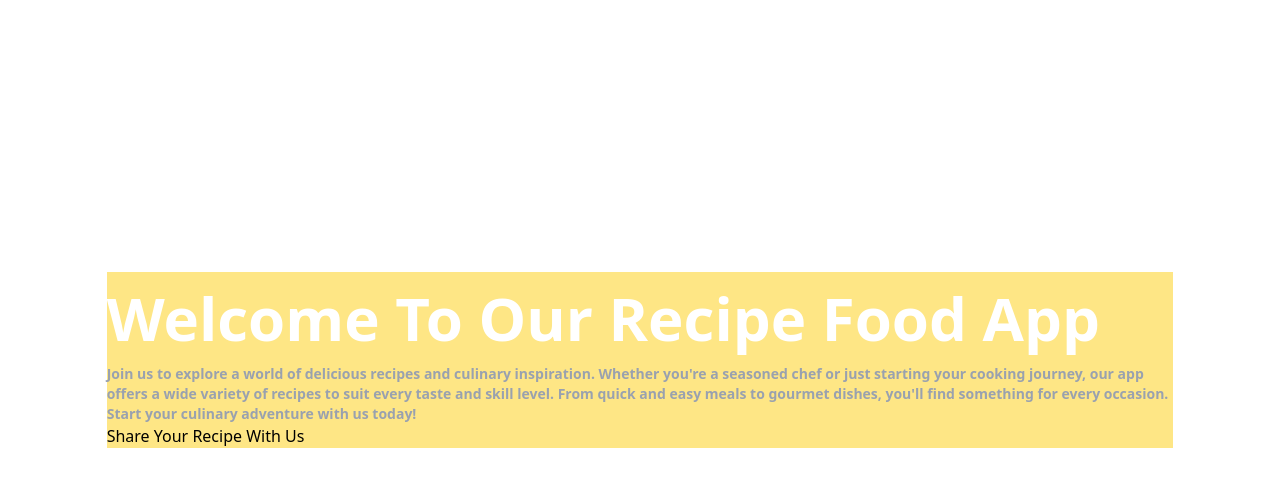
Repository: Eslam0Mohamed/mern-recipe-app
Page: / (app in FrontEnd/)
An editor plug-in stored every save of this project. The page is shown before and after a run of saves, followed by the edit.
The browser window is 1280 px wide. The pictures show the whole page.
The project was rebuilt for these pictures with package versions that can differ from the ones it lists, and the page was loaded fresh each time. Also part of the build but not shown: FrontEnd/vite.config.js.

Above is the page before, as saved 2026-05-07 18:03:13.

After the next 5 saves:
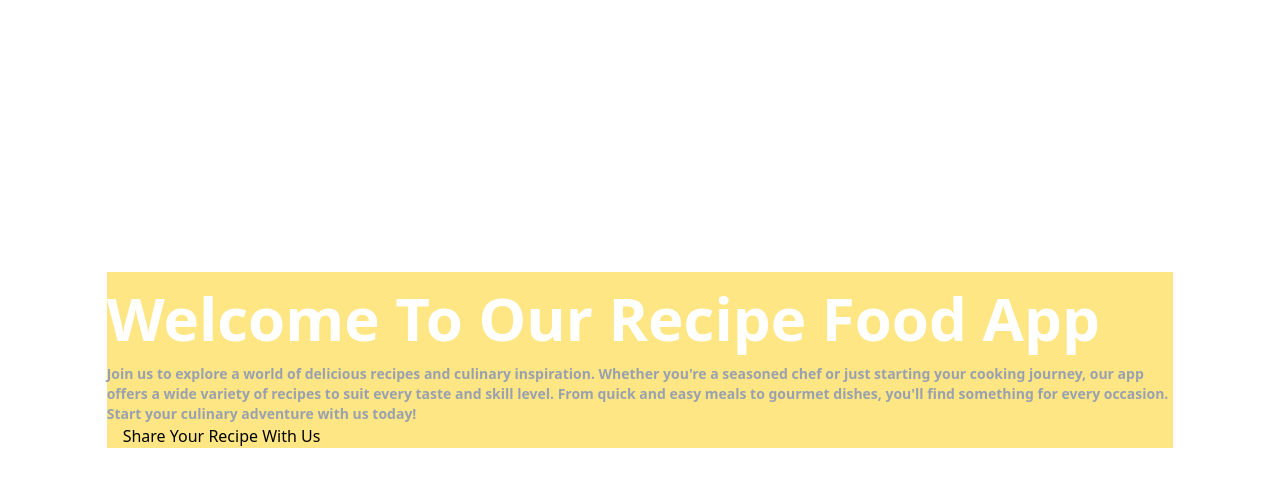
The 5 saves are shown as one change because they came seconds apart.
The last was saved 19 s later.
--- a/FrontEnd/src/pages/Home.jsx
+++ b/FrontEnd/src/pages/Home.jsx
@@ -6,7 +6,7 @@ function Home() {
       <div className='left container bg-amber-200' >
         <h1 className='text-white text-6xl font-semibold my-4'>Welcome To Our Recipe Food App</h1>
         <p className='text-md text-gray-400 font-semibold text-sm'> Join us to explore a world of delicious recipes and culinary inspiration. Whether you're a seasoned chef or just starting your cooking journey, our app offers a wide variety of recipes to suit every taste and skill level. From quick and easy meals to gourmet dishes, you'll find something for every occasion. Start your culinary adventure with us today!</p>
-      <button className=''>Share Your Recipe With Us</button>
+      <button className='outline-none px-4'>Share Your Recipe With Us</button>
       </div>
       {/* <div className='right'>
         <img src={""} alt="share your recipe" />
